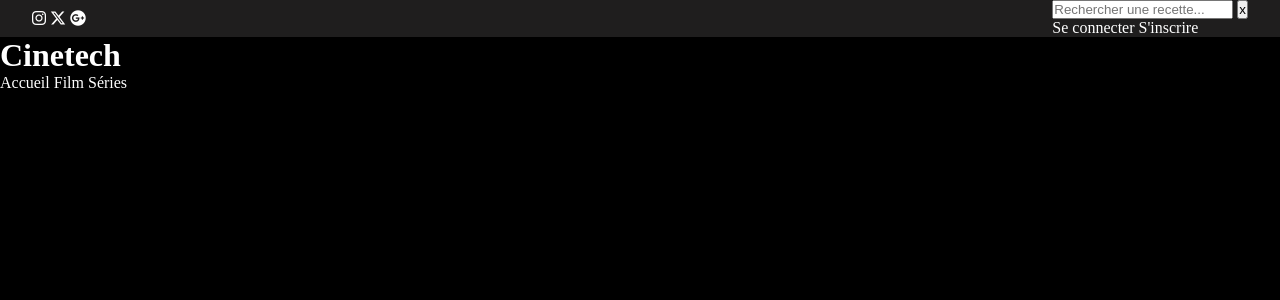
Repository: karim-sebih/cinetech
Page: index.html
The author's editor kept a copy of each file at every save. The page is drawn from the files as they stood at one save, then again after the next save.
The browser window is 1280 px wide. The pictures show the whole page.
Some web libraries are served in a nearby version.

Above is the page before, as saved 2025-04-21 12:53:31.

After the next save:
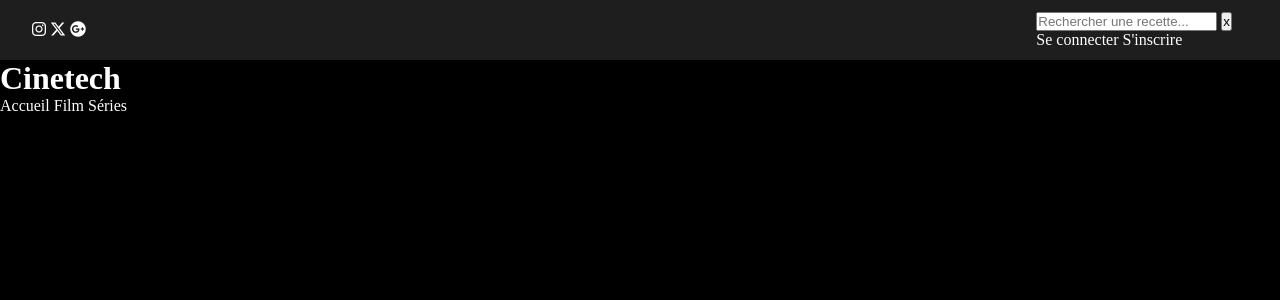
Saved 1 s later.
--- a/styles/index.css
+++ b/styles/index.css
@@ -38,7 +38,10 @@
   }
 
   .navbar {
-
+  width: 100%;
+  max-width: 1200px;
+  height: 60px;
+  margin: 0;
   display: flex;
   align-items: center;
   justify-content: space-between;
